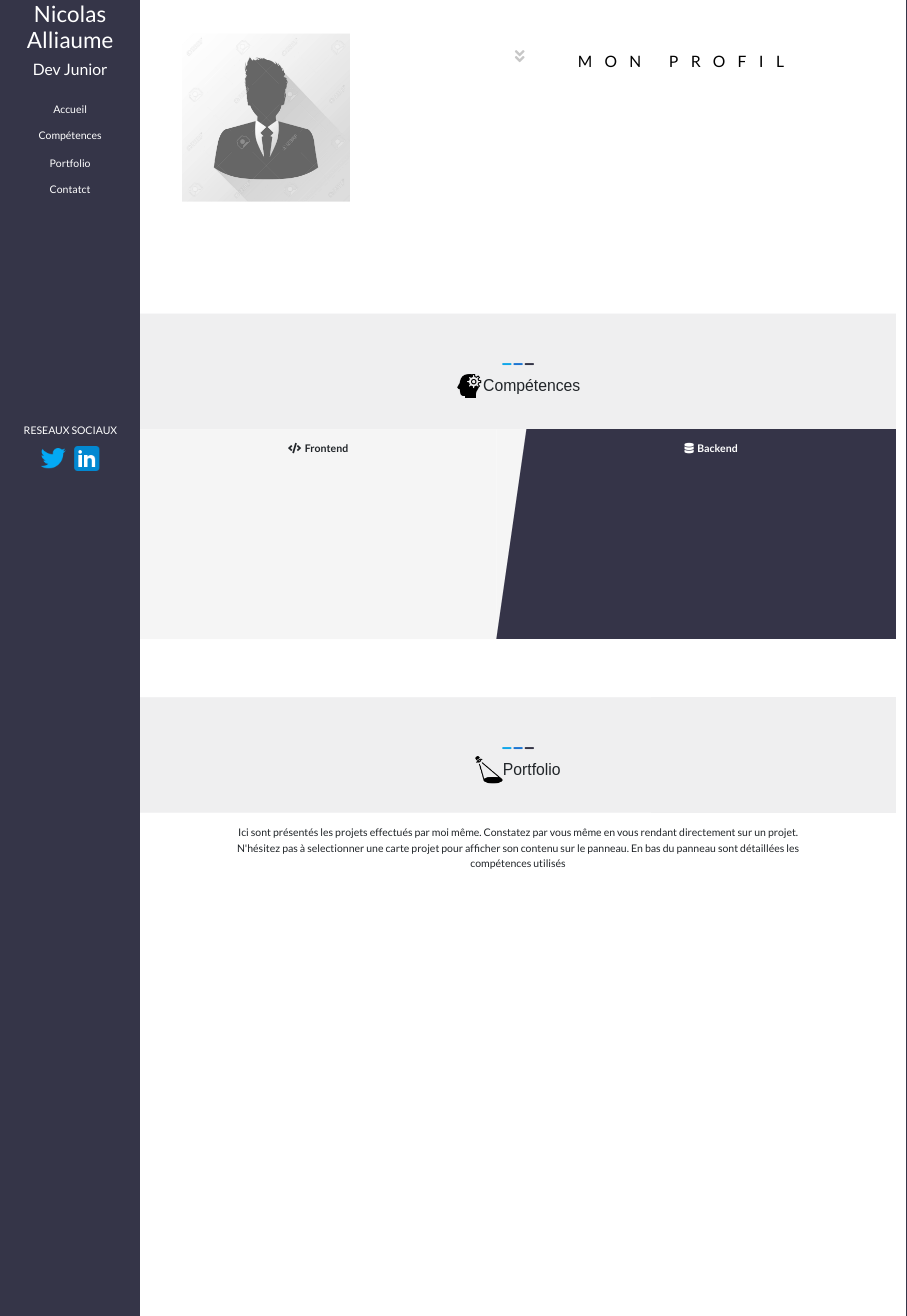
Repository: Nicolas-al/alliaumen
Page: templates/main/index.html.twig
The author's editor kept a copy of each file at every save. The page is drawn from the files as they stood at one save, then again after the next save.
The browser window is 1280 px wide. The page is 1295 px wide, so the pictures cover 1295 px, including what lies to the right of the window. The pictures show the part of the page from y = 0 to 1880 px (the page is 3063 px tall), at 70% of full size.
Some web fonts or font styles are not loaded; a fallback is used. Some web libraries are served in a nearby version. The page is a Twig template of a Symfony application; nobody is signed in and links lead nowhere. Other server files are loaded and not shown. The template is opened directly, without the code that normally fills it, so the values that code supplies are empty.

Above is the page before, as saved 2020-09-15 16:59:11.

### templates/main/index.html.twig
{% extends 'base.html.twig' %}


{% block body %}
    <div class="wrapper">
        <nav id="sidebar">
        {% include 'main/aside.html.twig' %}
        </nav>
        <div class="content">

            <div class="col-lg-12 mt-5" id="header">
                    <div class="row">
                        <div class="col-lg-3 col-sm-3 offset-md-1" id="block_photo">
                            <img src="{{ asset('images/29273464-photo-de-profil-avatar.jpg') }}" alt="image de profil" style="width : inherit">
                        </div>
                        <div class="col-lg-8 col-sm-8" id="block_profil">
                            <div class="text-center d-flex" id="profil">
                                <div class="block-down">
                                    <i class="fas fa-angle-double-down double-down"></i>
                                </div>
                                <div class="from-center">Mon profil</div>
                            </div>
                            <ul class="list-group list-group-flush" id="profil_panel">
                                <li class="list-group-item">Diplôme : Master Sociologie Rennes 2</li>
                                <li class="list-group-item list-group-item-secondary">Age : 29</li>
                                <li class="list-group-item">Formation Web : Openclassroom</li>
                                <li class="list-group-item list-group-item-secondary">Intitulé : Developpeur Web Junior</li>
                                <li class="list-group-item">Parcours : Virage à 180, non pas par dégoût bien au contraire, j'ai acquis des connaisances importantes. J'ai découvert ce domaine et voyez la suite de ce site par vous même. </li>
                            </ul>
                        </div>
                    </div>
            </div>
            <div id="block_competences">
                    <div class="block_title">
                        <div class="title_elmt">
                            <div class="minus_block">
                                <i class="fas fa-minus minus_one"></i>
                                <i class="fas fa-minus minus_two"></i>
                                <i class="fas fa-minus minus_three"></i>
                            </div>
                            <div class="title">
                                <img src="{{ asset('images/icons/icon-skills.png') }}" alt="icon d'une tête d'humain" class="" />
                                <h4>Compétences</h4>
                            </div>
                        </div>
                    </div>

                    <div id="skills">
                        <div class="h-50" id="front">
                            <div class="skills col-lg-12">
                                <div class="row h-100">
                                    <div class="col-lg-12 d-flex mt-2 justify-content-center skills-title">
                                        <i class="fas fa-code"></i>
                                        <p class="align-title"><strong>Frontend</strong></p>
                                    </div>
                                    <div class="col-lg-12 mt-2" id="text_black">
                                        <div class="row text-center">
                                        {% for skill in skills %}
                                            {% if skill.type == "Frontend" %}
                                                <div class="col-lg-4 col-sm-4 logo-skills">
                                                {% if skill.logo %}
                                                    <img src="{{ vich_uploader_asset( skill, 'logoFile') | imagine_filter('small_thumb')}}" alt="">
                                                {% endif %}
                                                    <p> {{ skill.name }} </p>
                                                </div>
                                            {% endif %}
                                        {% endfor %}
                                        </div>
                                    </div>
                                </div>
                            </div>
                        </div>
                        <div class="h-50" id="back">
                            <div class="skills col-lg-12">
                                <div class="row h-100">
                                    <div class="col-lg-12 d-flex justify-content-center mt-2 skills-title">
                                        <i class="fas fa-database text-white"></i>
                                        <p class="align-title text-white"><strong>Backend</strong></p>
                                    </div>
                                    <div class="col-lg-12 mt-2 text-white" id="text_white">
                                        <div class="row text-center">
                                            {% for skill in skills %}
                                                {% if skill.type == "Backend" %}
                                                    <div class="col-lg-4 col-sm-4 logo-skills" >
                                                    {% if skill.logo %}
                                                        <img src="{{ vich_uploader_asset( skill, 'logoFile') | imagine_filter('small_thumb')}}" alt="">
                                                    {% endif %}
                                                        <p> {{ skill.name }} </p>
                                                    </div>
                                                {% endif %}
                                            {% endfor %}
                                        </div>
                                    </div>
                                </div>
                            </div>
                        </div>
                    </div>
            </div>
            <div class="mt-5" id="block_portfolio">

                <div class="col-lg-12 block_title mb-3">
                    <div class="title_elmt">
                        <div class="minus_block">
                            <i class="fas fa-minus minus_one"></i>
                            <i class="fas fa-minus minus_two"></i>
                            <i class="fas fa-minus minus_three"></i>
                        </div>
                        <div class="title">
                            <img src="{{ asset('images/icons/icon-portfolio.png') }}" alt="lampe qui éclair" class="" />
                            <h4>Portfolio</h4>
                        </div>
                    </div>
                </div>
                <div class="offset-lg-1 col-lg-10 offset-sm-1 col-sm-10" id="para_portfolio">
                    <p> Ici sont présentés les projets effectués par moi même. Constatez par vous même en vous rendant directement sur un projet. N'hésitez pas à selectionner une carte projet pour afficher son contenu sur le panneau. En bas du panneau sont détaillées les compétences utilisés</p>
                </div>
                <div class="d-flex m-auto block_slides">

                    {% for project in portfolio %}

                    <div class="panel_project">
                        <div class="description_project">
                            <div class="">
                                <div class="col-lg-12">
                                    <h4>{{ project.title }}</h4>
                                </div>
                                <div class="col-lg-12">
                                    <p> {{ project.description }}</p>
                                </div>
                            </div>
                        </div>
                        <div class="project">
                            <img src="{{ vich_uploader_asset(project, 'imageFile') | imagine_filter('slider_thumb')}}" alt="image projet">
                        </div>
                        <div class="skills_project">
                            <div class="row">
                                <div class="col-lg-12">
                                    <p> <span>Compétences utilisées :</span> {{ project.skills }}</p>
                                </div>
                            </div>
                        </div>
                        <div class="project_link">
                                <a href="{{ path('portfolio', {'id' : project.id})  }}" class="text-white"> voir la page projet </a>
                        </div>
                    </div>

                    {% endfor %}
                </div>

                <div class="col-lg-12" id="block_project_card">
                    <div class="row" id="projects_cards">

                        {% for project in portfolio %}

                        <div class="project_card">
                            <div class="project_content">
                                <h6> {{ project.title }} </h6>
                                <img src="{{ vich_uploader_asset( project, 'imageFile') | imagine_filter('medium_thumb')}}" alt="">
                                <p> {{ project.description }} </p>
                                <p> {{ project.skills }} </p>
                            </div>
                        </div>

                        {% endfor %}

                    </div>
                </div>
            </div>
            <div id="block_contact">
                <div class="col-lg-12 block_title">
                    <div class="title_elmt">
                        <div class="minus_block">
                            <i class="fas fa-minus minus_one"></i>
                            <i class="fas fa-minus minus_two"></i>
                            <i class="fas fa-minus minus_three"></i>
                        </div>
                        <div class="title">
                            <img src="{{ asset('images/icons/icon-contact-de-messagerie.png') }}" alt="icon d'une tête d'humain" class="" />
                            <h4>Contact</h4>
                        </div>
                    </div>
                </div>
                <div class="col-lg-12 pl-5">

                    <address>
                        <p class="d-inline"> Email : </p>
                        <a href="mailto:alliaume.nicolas@gmail.com">alliaume.nicolas@gmail.com</a><br>
                    </address>
                </div>
                <p class="col-lg-12 pl-5">
                    Laissez moi un message si vous le souhaitez après avoir cliqué sur le bouton ci-dessous.
                </p>
                <div class="col-lg-12 pl-5">
                    <button class="button" id="form_button">
                        <a href="#contact_form" id="form_link" class="font-weight-bold text-white">
                        laisser un message</a>
                    </button>
                </div>
            </div>
            {% include 'contact/index.html.twig' %}
            {% include 'main/footer.html.twig' %}
            </div>
        </div>
    </div>
{% endblock %}


{% block footer %}

{% endblock %}

### templates/main/footer.html.twig
  {% block footer %}
                <footer class="row">
                    <div class="col-lg-12 mb-5 mt-5 text-center">
                        <a href="{{ path("mentions") }}" class="text-white">Mentions légales</a>
                    </div>
                    <div class="col-lg-12 text-dark copyright">
                            <p class="text-center">Tous droits réservés © Nicolas ALLIAUME 2020 - Portfolio numérique</p>

                    </div>
                </footer>
{% endblock %}

### public/css/style.css
body{
    overflow-x: hidden;
    position: relative;
}

.wrapper {
    display: flex;
    width: 100%;
    align-items: stretch;
}

#sidebar{
    background : #353548;
    max-width: 200px;
    min-width: 200px;
}
#header{
    height: 400px;
}
#block_competences{
    height: 500px;
    margin-left: 0;
    margin-right: 0;
}
#block_portfolio{
    height: 1400px;
}
#block_contact{
    margin-top: 20px;
    height: 380px;
}
footer{
    background: #353648
}
.button{
    background: #14a7ea;
    border: 1px solid white;
    padding: 9px 46px;
    border-radius: 4px;
}
.button a{
    font-size: 1.2em;
}
.button a:hover{
    text-decoration: none;
}

/* sections block titre */

.block_title{
    height: 165px;
    background: #35334814;
    width: 100%;
}
.title_elmt{
    display: flex;
    flex-direction: column;
}
.minus_block{
    text-align: center;
    margin-top: 61px;
}
.minus_one{
    color: #11a7ea
}
.minus_two{
    color: #1d75d2;
}
.minus_three{
    color: #353648;
}
.title{
    display: flex;
    margin-left: -15px;
    margin-right: -15px;
}
.title h4{
    font-family: 'Philosopher', sans-serif;
    margin-right: auto;
    margin-top: auto;
    margin-bottom: auto;
}
.title img{
    height: 39px;
    margin-top: auto;
    margin-left: auto;
    margin-bottom: auto;
}

/*------------------------------------- ASIDE -------------------------------------*/

#aside h3{
    font-family: 'Oswald', sans-serif;
}
.sidebar-header{
    color: white;
}
#sidebar ul{
    justify-content: center;
}
.block_nav{
    position: fixed;
    top: 27%;
    width: 15.7%
}

.block_nav ul{
    display: flex;
    flex-direction: column;
    margin: auto;
    justify-content: end;
}
.block_nav a{
    font-family: 'Catamaran', sans-serif;
    padding-left: 20px
}

.block_network{
    position: fixed;
    top: 84%;
    text-align: center;
    width: 15.7%;
}
h6{
    color: white;
}
/*----------------------------------- HEADER -----------------------------------*/

.header_p{
    font-family: 'Merienda', cursive;
    font-size: 1.3em;
    color: #212529e8;
    width: 93%;
    box-shadow: 0px 0px 7px;
    text-align: center;
}

#block_photo{
    max-width: 35%;
    margin: auto;
    padding-bottom: 40px;
}

/* Mon profil */

#block_profil{
    height: fit-content;
}

#profil{
    justify-content: center;
    align-items: center;
}
.block-down{
    margin-right: 5%;
}
.from-center{
    margin-left: 45px;
}
/* Animation double Flèches vers le bas */

@keyframes down{
	0% {transform: translateY(0%) ; opacity: 0.5}
	25% {transform: translateY(-30%); opacity: 0.2}
    75% {transform: translateY(30%); opacity: 1}
    100% {transform: translateY(0%); opacity: 0.5}
}
.double-down{
	animation: down 1.2s infinite;
	width: 3%;
}

/* ~~~~~~~ INIT. BTN ~~~~~~~ */

#profil{
    position: relative;
    padding: 1.4rem 4.2rem;
    padding-right: 3.1rem;
    font-size: 1.4rem;
    color: black;
    letter-spacing: 1.1rem;
    text-transform: uppercase;
    transition: all 500ms cubic-bezier(0.77, 0, 0.175, 1);
    cursor: pointer;
    user-select: none;
}

#profil:before, #profil:after {
    content: '';
    position: absolute;
    transition: inherit;
    z-index: -1;
    box-sizing: border-box;
}

#profil:hover {
    color: white;
    transition-delay: .5s;
}

#profil:hover:before {
    transition-delay: 0s;
}

#profil:hover:after {
    background: #353648;
    transition-delay: .35s;
}


#profil:before {
    top: 0;
    left: 50%;
    height: 100%;
    width: 0;
    border: 1px solid #353648;
    border-left: 0;
    border-right: 0;
}

#profil:after {
    bottom: 0;
    left: 0;
    height: 0;
    width: 100%;
    background: #353648;
}

#profil:hover:before {
    left: 0;
    width: 100%;
}

#profil:hover:after {
    top: 0;
    height: 100%;
}

#profil_panel{
    display: none;
}


/* ------------------------------------BLOCK COMPETENCES--------------------------------------*/
#skills{
    display: flex;
    width: 100%;
}
.skills{
    margin-bottom: -200px;
}
.skills-title{
    align-items: center;
}
.skills-title i{
    margin: inherit;
}
.logo-skills p{
    width: fit-content;
    margin: auto;
}
.logo-skills:hover{
   font-size: 20px;
   transition: 1s;
   font-weight: bold;
}
#skills img{
    width: 48px;
}
#skills img:hover{
    width: 65px;
    transition: 0.5s;
}
.align-title{
    margin: inherit;
    margin-left: 5px;
}

#front{
    width: 53%;
    border-bottom: 300px solid whitesmoke;
}
#back{
    width: 59%;
    border-bottom: 300px solid #353448;
    border-left: 43px solid #f5f5f5fc;
}

/* -------------------------------------------BLOCK PORTFOLIO----------------------------------------- */

#para_portfolio{
    height: 100px;
    padding: 0px 20px;
    text-align: center;
}

/* -------Slider------- */
.block_slides{
    height: 40%;
}
#block_portfolio h4{
    text-align: center;
    font-family: 'Philosopher', sans-serif;
}
.panel_project{
    width: 92%;
    margin: auto;
    display: none;
    box-shadow: 0px 0px 27px #353448;
    border-radius : 5px;
}


.description_project{
    border-bottom: 5px solid #f39c12c9;
    background: white;
    padding: 10px;
    border-top-left-radius: 5px;
    border-top-right-radius: 5px;
}
.description_project h4{
    font-weight: 700;
}
.description_project p{
    font-size: 1.1em;
}
.project img{
    width: 100%;
}
.project_link{
    border: 2px solid white;
    text-align: center;
    padding: 16px 15px;
    margin-top: -1%;
    background: #1e74d2;
}
.project_link:hover{
    background: #100f19;
}
.project_link a:hover{
    text-decoration: none;
}
.skills_project{
    border-top: 5px solid #f39c12c9;
}
.skills_project p{
    padding-right: 2%;
    padding-left: 2%;
    padding : 10px;
}
.skills_project span{
    font-weight: bold;
}
/* Cards projects */

#block_project_card{
    margin-top: 23%;
}
#projects_cards{
    text-align: center;
    justify-content: center;
    margin-left: 5%;
}
.project_card{
    color: white;
    margin-left: -10%;
    border: 1px solid;
    box-shadow: 0px 0px 3px;
    border-right: 2px solid;
    border-radius: 11px;
    max-width: 22%;
    background: #353348;
    cursor: pointer;
}
.project{
    opacity: 0.8;
}
.project h4{
    color: white;
}
.project p{
    color: white;
}
.project_content p{
    padding: 3% 9% 0% 9%;
    margin-bottom: 0;
    text-align: justify;
    font-size: 0.8em;
}
.project_content p:last-child{
    margin-bottom: 3%;
}
.project_content h4{
    padding: 3%;
}
.project_content img{
    width: 99%;
}
/*------------------------------------------- BLOCK CONTACT ---------------------------------------- */

#block_contact address a{
    font-weight: bold;
    color: #353648;
}

.modal_contact{
    display: none;
    background: white;
    width: inherit;
    z-index: 100;
    top: 0px;
    height: 100%;
    position: absolute;
    margin-left: -15px;
}

#errors_form{
    color: red;
    font-size: 1em;
    display: none;
}

/*-------------------------- MENTIONS LEGALES ------------------------*/

#mentions_body a{
    color: #0087d1;
}

/*---------------------------- FOOTER ---------------------------------*/

.copyright{

}

/*================================================ RESPONSIVE ======================================================== */
/*================================================            ======================================================== */

@media screen and (min-width: 1250px){
    #block_project_card {
        margin-top: 29%;
    }
    #block_contact {
        margin-top: 12%;
    }
}

@media screen and (max-width: 991px){
    .wrapper{
        display: block;
    }
    #sidebar{
        min-width: 100%;
        max-width: 100%;
    }
    .block_nav{
        position: inherit;
        display: contents
    }
    .block_nav ul{
        display: flex;
        flex-direction: inherit;
        justify-content: center;
    }
    .block_network{
        position: absolute;
        top: 0%;
        left: 1%;
    }
    .block_network h6{
        display: none;
    }
    #mentions_body{
    margin-left: 2%;
    }

    #block_competences{
        height: auto;
    }

    #skills{
        height: fit-content;
        flex-direction: column;
        display: flex !important;
    }
    .skills{
        margin-bottom: 0;
    }
    #front{
        width: auto;
        border-bottom: none;
        background-color: #f5f5f5;
    }
    #text_black{
        padding: 20px 30px
    }
    #back{
        width: auto;
        border-bottom: none;
        border-left: none;
        background-color: #353448;
    }
    #text_white{
        padding: 20px 30px
    }
    .logo-skills{
        width: 20% !important;
    }
    #block_portfolio{
        height: auto;
    }
    #para_portfolio{
        margin-top: 5%;
        margin-bottom: 12%;
    }
    #block_project_card {
        margin-top: 20%;
    }
    .project_card {
        max-width: 26%;
        height: 259px;
    }
}

@media screen and (max-width: 702px){
    .projects_cards{
        margin-left: 5%;
    }
    .project_content p {
        font-size: 0.7em;
    }
    .project_card {
        max-width: 29%;
        height: 241px;
    }

}
    @media screen and (max-width: 500px){
    .project_card {
        max-width: 32%;
        height: 243px;
        }
    .block_slides{
        margin: 0% 0% 0% 2% !important;
    }
    .project_link{
        margin-left: 35%;
    }
    #block_project_card {
        margin-top: 30%;
        padding-left: 7%;
    }
    .block_network{
        top: 0%;
        left: 2%;
    }
    .block_network div{
        flex-direction: column;
    }
    .block_network img{
        height: 36px;
        width: 36px;
    }
    h6{
        display: none;
    }
    #contact_block{
        width: 80%;
    }
}

### public/css/project.css
/* ------------ Project Page -------------- */

h1{
    text-align: center;
    margin: 4%;
}
.project_page p{
    font-size: 1.1em;
    margin: 4% 0%;
    text-align: center;
}
.content{
    width: 100%;
}
figure{
    text-align: center;
}
figure img{
    box-shadow: 2px 2px 13px;
    width: 100%;
}
figure .btn{
    background: #353648;
    margin-top: 20px;
}
figure a{
    color: white;
}
figcaption{
    margin-top: 10px;
}
#comment_block{
    margin-bottom: 30px;
}
#comments{
    margin-bottom: 9%;
    margin-top: 4%;
}
#comments .comment{
    margin-bottom: 30px;
    border: 1px gainsboro;
    box-shadow: 1px 1px 5px;
}
#author_comment{
background-color: #353648;
color :white
}
#content_comment{
background-color: #ffffff;
padding: 9px 10px;
}

Loaded but not shown: public/js/accueil/contact.js (47 lines, source omitted); public/js/accueil/slider.js (51 lines, source omitted); public/js/accueil/profil.js (27 lines, source omitted); public/js/portfolio/deleteCom.js (19 lines, source omitted); public/js/portfolio/banIp.js (17 lines, source omitted); templates/base.html.twig (34 lines, source omitted); templates/contact/index.html.twig (36 lines, source omitted); templates/main/aside.html.twig (22 lines, source omitted)

After the next save:
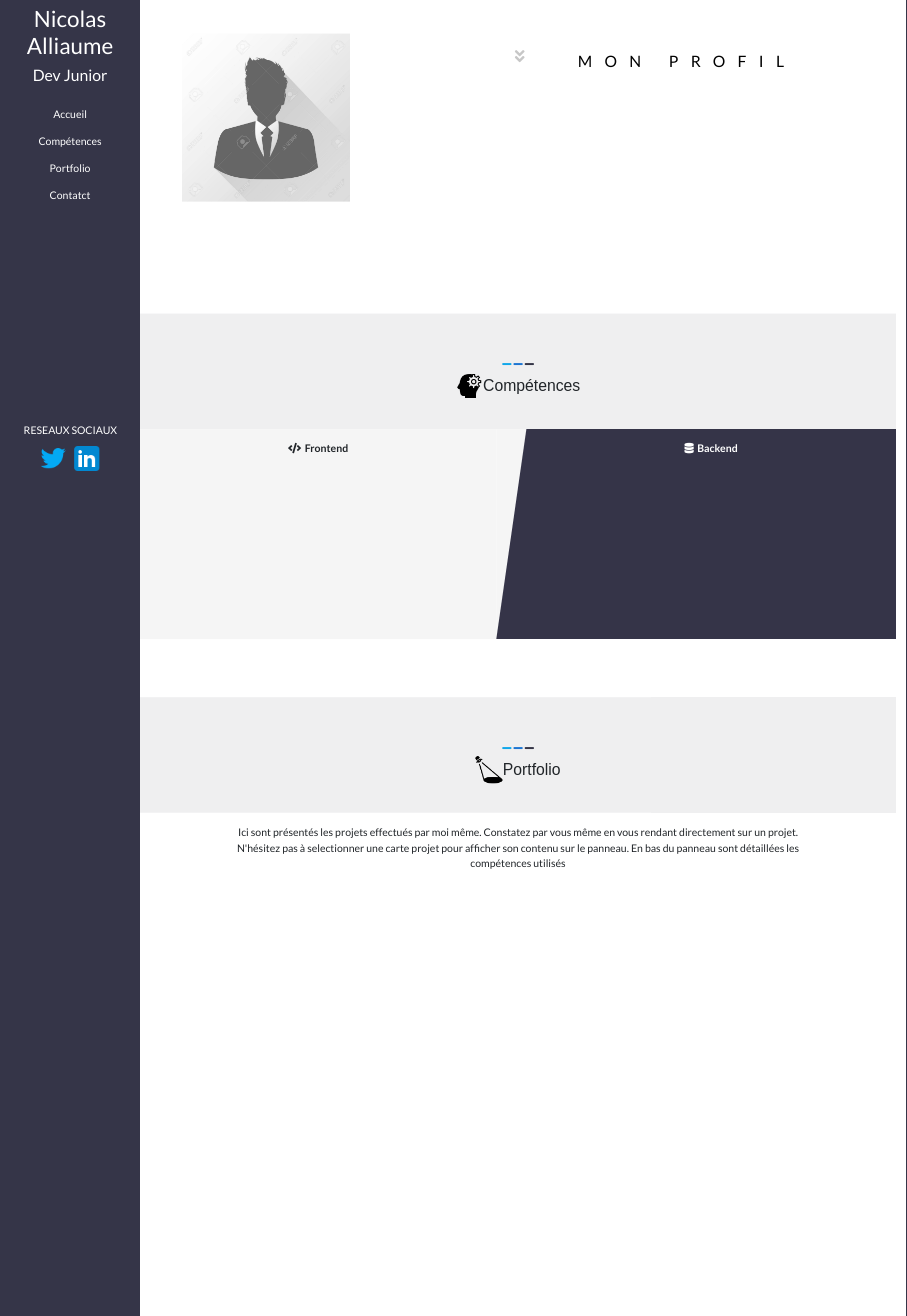
Saved 3 h 23 min later.
--- a/public/css/style.css
+++ b/public/css/style.css
@@ -94,6 +94,7 @@ footer{
 }
 .sidebar-header{
     color: white;
+    margin-top: 4%;
 }
 #sidebar ul{
     justify-content: center;
